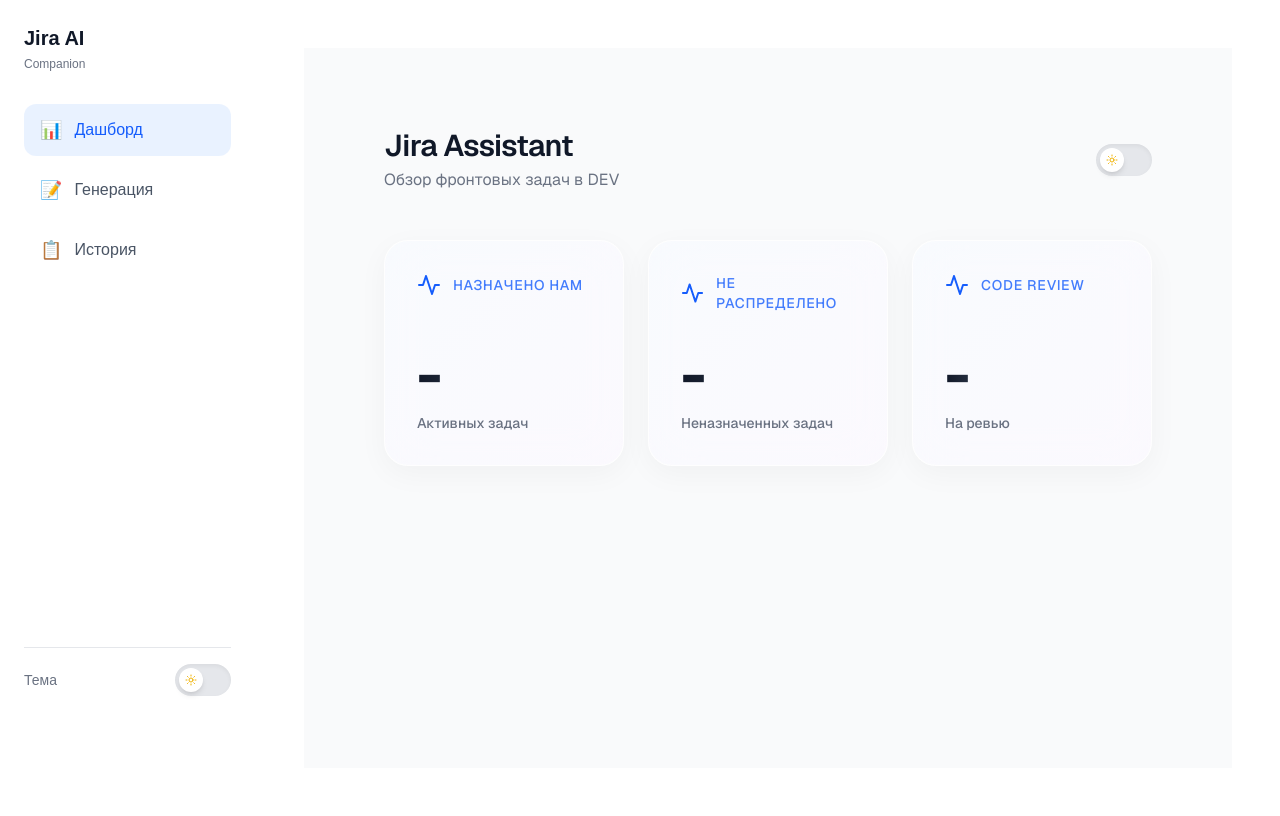
Repository: iposho/jira-ai-companion
Page: /
An editor plug-in stored every save of this project. The page is shown before and after the next save, followed by the edit.
The browser window is 1280 px wide. The pictures show the whole page.
The page's requests for data from a server got no answer. The project was rebuilt for these pictures with package versions that can differ from the ones it lists, and the page was loaded fresh each time. The framework's server and built-in components were replaced by stand-ins that run in the browser. No one was signed in, and anything a server would have sent is missing. Also part of the build but not shown: next.config.ts.

Above is the page before, as saved 2026-01-04 05:28:11.

### src/app/layout.tsx
import type { Metadata } from "next";
import { Geist, Geist_Mono } from "next/font/google";
import "./globals.css";
import { ThemeProvider } from "@/shared/providers/theme-provider";
import { AppShell } from "@/widgets/app-shell/ui/app-shell";

const geistSans = Geist({
  variable: "--font-geist-sans",
  subsets: ["latin"],
});

const geistMono = Geist_Mono({
  variable: "--font-geist-mono",
  subsets: ["latin"],
});

export const metadata: Metadata = {
  title: "Jira AI Companion",
  description: "Обзор фронтовых задач в DEV",
};

export default function RootLayout({
  children,
}: Readonly<{
  children: React.ReactNode;
}>) {
  return (
    <html lang="ru" suppressHydrationWarning>
      <body
        className={`${geistSans.variable} ${geistMono.variable} antialiased min-h-screen bg-gray-50 dark:bg-gray-900 transition-colors duration-300`}
      >
        <ThemeProvider
          attribute="class"
          defaultTheme="system"
          enableSystem
          disableTransitionOnChange
        >
          <AppShell>{children}</AppShell>
        </ThemeProvider>
      </body>
    </html>
  );
}

### src/app/page.tsx
import { DashboardHeader } from "@/widgets/dashboard/ui/dashboard-header";
import { StatTile } from "@/widgets/dashboard/ui/stat-tile";

async function getStats() {
  try {
    const baseUrl = process.env.URL || 'http://localhost:3000';
    const res = await fetch(`${baseUrl}/api/stats`, {
      cache: 'no-store',
    });
    if (!res.ok) return { count: 0, error: true };
    return res.json();
  } catch (e) {
    return { count: 0, error: true };
  }
}

export default async function Home() {
  const stats = await getStats();

  return (
    <div className="min-h-screen p-8 sm:p-20 font-[family-name:var(--font-geist-sans)] bg-gray-50 dark:bg-gray-900 transition-colors duration-300">
      <DashboardHeader />

      <main className="grid grid-cols-1 md:grid-cols-2 lg:grid-cols-3 gap-6">
        <StatTile
          count={stats.activeCount || 0}
          error={stats.error}
          label={['Активная задача', 'Активные задачи', 'Активных задач']}
          href={stats.activeUrl}
        />
        <StatTile
          count={stats.unassignedCount || 0}
          error={stats.error}
          label={['Неназначенная задача', 'Неназначенные задачи', 'Неназначенных задач']}
          href={stats.unassignedUrl}
        />
        <StatTile
          count={stats.reviewCount || 0}
          error={stats.error}
          label={['На ревью', 'На ревью', 'На ревью']}
          href={stats.reviewUrl}
        />
      </main>
    </div>
  );
}

### src/app/globals.css
@import "tailwindcss";

/*
  Enable class-based dark mode for Tailwind v4.
  This overrides the default media-based dark variant.
*/
@variant dark (&:where(.dark, .dark *));

:root {
  --background: #ffffff;
  --foreground: #171717;
}

@theme inline {
  --color-background: var(--background);
  --color-foreground: var(--foreground);
  --font-sans: var(--font-geist-sans);
  --font-mono: var(--font-geist-mono);
}

.dark {
  --background: #0a0a0a;
  --foreground: #ededed;
}

body {
  background: var(--background);
  color: var(--foreground);
  font-family: Arial, Helvetica, sans-serif;
}

### src/widgets/app-shell/ui/app-shell.tsx
'use client';

import { usePathname } from 'next/navigation';
import { Sidebar } from '@/widgets/sidebar/ui/sidebar';

export function AppShell({ children }: { children: React.ReactNode }) {
    const pathname = usePathname();
    const isLoginPage = pathname === '/login';

    if (isLoginPage) {
        return <>{children}</>;
    }

    return (
        <div className="flex min-h-screen">
            <Sidebar />
            <main className="flex-1 ml-64 p-8 sm:p-12">
                {children}
            </main>
        </div>
    );
}

### src/widgets/dashboard/ui/dashboard-header.tsx
import { ThemeToggle } from "@/features/theme/ui/theme-toggle";

export function DashboardHeader() {
    return (
        <header className="flex justify-between items-center mb-12">
            <div>
                <h1 className="text-3xl font-semibold text-gray-900 dark:text-white tracking-tight">
                    Jira Assistant
                </h1>
                <p className="text-gray-500 dark:text-gray-400 mt-1">
                    Обзор фронтовых задач в DEV
                </p>
            </div>
            <ThemeToggle />
        </header>
    );
}

### src/widgets/dashboard/ui/stat-tile.tsx
import { pluralize } from "@/shared/lib/utils";

interface StatTileProps {
    count: number;
    label: [string, string, string];
    error?: boolean;
    href?: string;
}

export function StatTile({ count, label, error, href }: StatTileProps) {
    const content = (
        <div className={`relative overflow-hidden rounded-3xl p-8
      bg-white/70 dark:bg-black/40
      backdrop-blur-xl border border-white/20 dark:border-white/10
      shadow-[0_8px_30px_rgb(0,0,0,0.04)] dark:shadow-[0_8px_30px_rgb(0,0,0,0.1)]
      transition-all duration-300 hover:scale-[1.02] active:scale-[0.98]
      ${href ? 'group cursor-pointer' : ''}
    `}>
            <div className="absolute inset-0 bg-gradient-to-br from-blue-500/5 to-purple-500/5 dark:from-blue-500/10 dark:to-purple-500/10 opacity-50" />

            <div className="relative z-10 flex flex-col items-start h-full justify-between min-h-[160px]">
                <div className="flex items-center space-x-3 text-blue-600 dark:text-blue-400 mb-4 transition-colors group-hover:text-blue-500">
                    <svg xmlns="http://www.w3.org/2000/svg" width="24" height="24" viewBox="0 0 24 24" fill="none" stroke="currentColor" strokeWidth="2" strokeLinecap="round" strokeLinejoin="round" className="lucide lucide-activity"><path d="M22 12h-4l-3 9L9 3l-3 9H2" /></svg>
                    <span className="font-medium text-sm uppercase tracking-wider opacity-80">
                        {label[1] === 'Неназначенные задачи'
                            ? 'Не распределено'
                            : label[1] === 'На ревью'
                                ? 'Code Review'
                                : 'Назначено нам'}
                    </span>
                </div>

                <div className="mt-auto">
                    <div className="text-6xl font-bold bg-clip-text text-transparent bg-gradient-to-r from-gray-900 to-gray-600 dark:from-white dark:to-gray-400">
                        {error ? "-" : count}
                    </div>
                    <p className="text-sm text-gray-500 dark:text-gray-400 mt-2 font-medium">
                        {pluralize(count, label)}
                    </p>
                </div>
            </div>
        </div>
    );

    if (href) {
        return (
            <a href={href} target="_blank" rel="noopener noreferrer" className="block">
                {content}
            </a>
        );
    }

    return content;
}

### src/widgets/sidebar/ui/sidebar.tsx
'use client';

import Link from 'next/link';
import { usePathname } from 'next/navigation';
import { ThemeToggle } from '@/features/theme/ui/theme-toggle';

const navItems = [
    { href: '/', label: 'Дашборд', icon: '📊' },
    { href: '/reports', label: 'Генерация', icon: '📝' },
    { href: '/reports/history', label: 'История', icon: '📋' },
];

export function Sidebar() {
    const pathname = usePathname();

    return (
        <aside className="fixed left-0 top-0 h-screen w-64 bg-white/70 dark:bg-black/40 backdrop-blur-xl border-r border-white/20 dark:border-white/10 p-6 flex flex-col z-50">
            <div className="mb-8">
                <h1 className="text-xl font-bold text-gray-900 dark:text-white">
                    Jira AI
                </h1>
                <p className="text-xs text-gray-500 dark:text-gray-400 mt-1">
                    Companion
                </p>
            </div>

            <nav className="flex-1 space-y-2">
                {navItems.map((item) => {
                    const isActive = pathname === item.href ||
                        (item.href !== '/' && pathname.startsWith(item.href));

                    return (
                        <Link
                            key={item.href}
                            href={item.href}
                            className={`flex items-center gap-3 px-4 py-3 rounded-xl transition-all duration-200 ${isActive
                                    ? 'bg-blue-500/10 text-blue-600 dark:text-blue-400 font-medium'
                                    : 'text-gray-600 dark:text-gray-400 hover:bg-gray-100 dark:hover:bg-white/5'
                                }`}
                        >
                            <span className="text-lg">{item.icon}</span>
                            <span>{item.label}</span>
                        </Link>
                    );
                })}
            </nav>

            <div className="pt-4 border-t border-gray-200 dark:border-gray-700">
                <div className="flex items-center justify-between">
                    <span className="text-sm text-gray-500 dark:text-gray-400">Тема</span>
                    <ThemeToggle />
                </div>
            </div>
        </aside>
    );
}

### src/features/theme/ui/theme-toggle.tsx
"use client"

import * as React from "react"
import { Moon, Sun } from "lucide-react"
import { useTheme } from "next-themes"
import { cn } from "@/shared/lib/utils"

export function ThemeToggle() {
    const { setTheme, theme } = useTheme()

    return (
        <button
            onClick={() => setTheme(theme === "light" ? "dark" : "light")}
            className={cn(
                "relative flex h-8 w-14 items-center rounded-full p-1 transition-colors duration-300",
                "bg-gray-200 dark:bg-gray-700 shadow-inner"
            )}
            aria-label="Toggle theme"
        >
            <div
                className={cn(
                    "absolute h-6 w-6 rounded-full bg-white shadow-md transition-transform duration-300 flex items-center justify-center",
                    theme === "dark" ? "translate-x-6" : "translate-x-0"
                )}
            >
                {theme === "dark" ? (
                    <Moon className="h-3 w-3 text-gray-800" />
                ) : (
                    <Sun className="h-3 w-3 text-yellow-500" />
                )}
            </div>
        </button>
    )
}

### src/shared/lib/utils.ts
import { type ClassValue, clsx } from "clsx";
import { twMerge } from "tailwind-merge";

export function cn(...inputs: ClassValue[]) {
    return twMerge(clsx(inputs));
}

export function pluralize(count: number, words: [string, string, string]): string {
    const cases = [2, 0, 1, 1, 1, 2];
    const index =
        count % 100 > 4 && count % 100 < 20
            ? 2
            : cases[count % 10 < 5 ? count % 10 : 5];
    return words[index];
}

Loaded but not shown: src/shared/providers/theme-provider.tsx (common file)

After the next save:
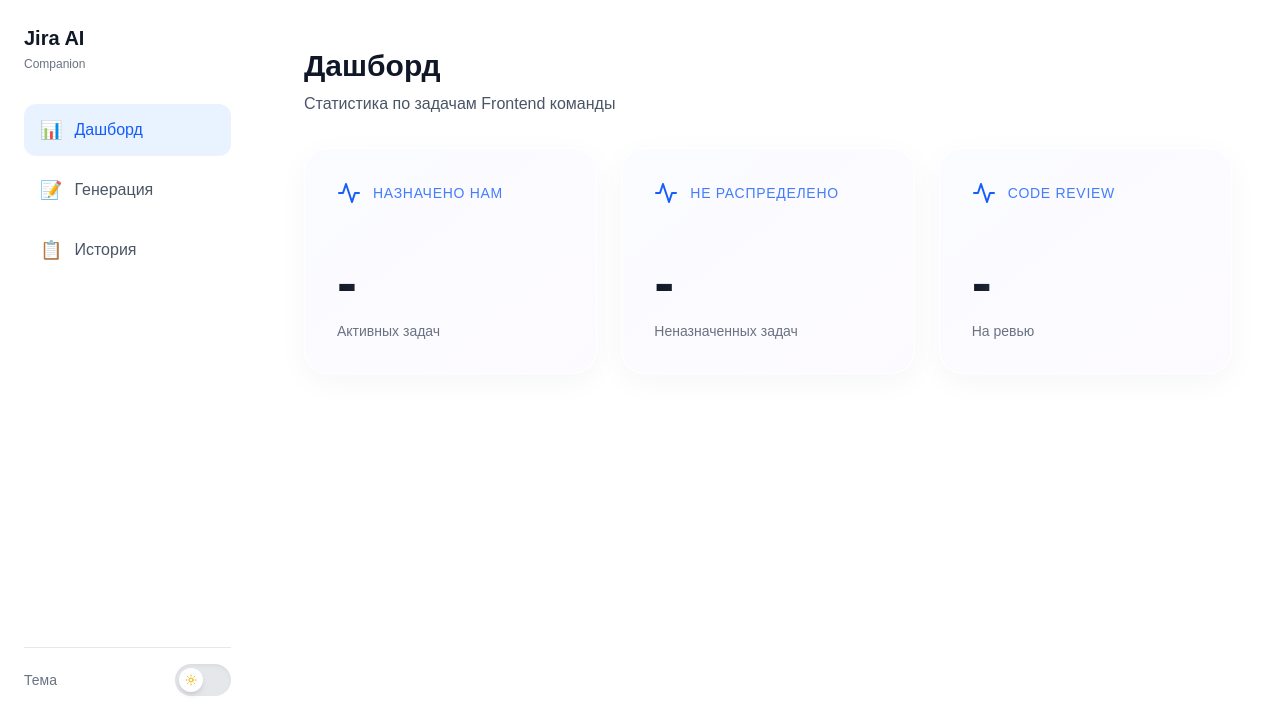
Saved 27 s later.
--- a/src/app/page.tsx
+++ b/src/app/page.tsx
@@ -1,4 +1,3 @@
-import { DashboardHeader } from "@/widgets/dashboard/ui/dashboard-header";
 import { StatTile } from "@/widgets/dashboard/ui/stat-tile";
 
 async function getStats() {
@@ -9,7 +8,7 @@
     });
     if (!res.ok) return { count: 0, error: true };
     return res.json();
-  } catch (e) {
+  } catch {
     return { count: 0, error: true };
   }
 }
@@ -18,8 +17,15 @@
   const stats = await getStats();
 
   return (
-    <div className="min-h-screen p-8 sm:p-20 font-[family-name:var(--font-geist-sans)] bg-gray-50 dark:bg-gray-900 transition-colors duration-300">
-      <DashboardHeader />
+    <div>
+      <div className="mb-8">
+        <h1 className="text-3xl font-bold text-gray-900 dark:text-white mb-2">
+          Дашборд
+        </h1>
+        <p className="text-gray-600 dark:text-gray-400">
+          Статистика по задачам Frontend команды
+        </p>
+      </div>
 
       <main className="grid grid-cols-1 md:grid-cols-2 lg:grid-cols-3 gap-6">
         <StatTile
